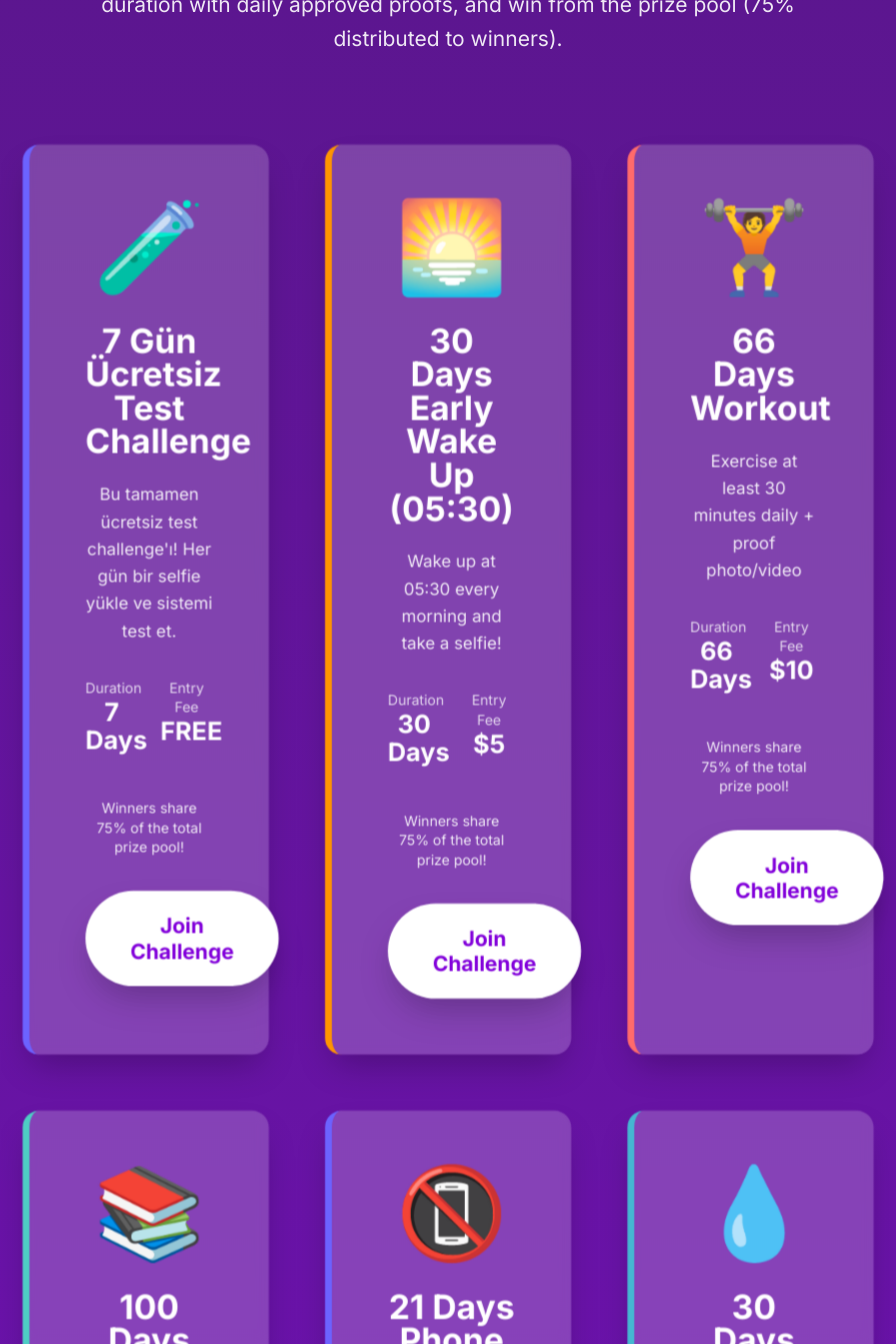
Repository: ZUBEYT/streaky-site
Page: /pricing
An editor plug-in stored every save of this project. The page is shown before and after the next save, followed by the edit.
The browser window is 1280 px wide. The pictures show the part of the page from y = 511 to 2431 px (the page is 6050 px tall before and 4743 px after), at 70% of full size.
The project was rebuilt for these pictures with package versions that can differ from the ones it lists, and the page was loaded fresh each time. The framework's server and built-in components were replaced by stand-ins that run in the browser. Also part of the build but not shown: next.config.ts.

Above is the page before, as saved 2026-01-22 18:40:31.

After the next save:
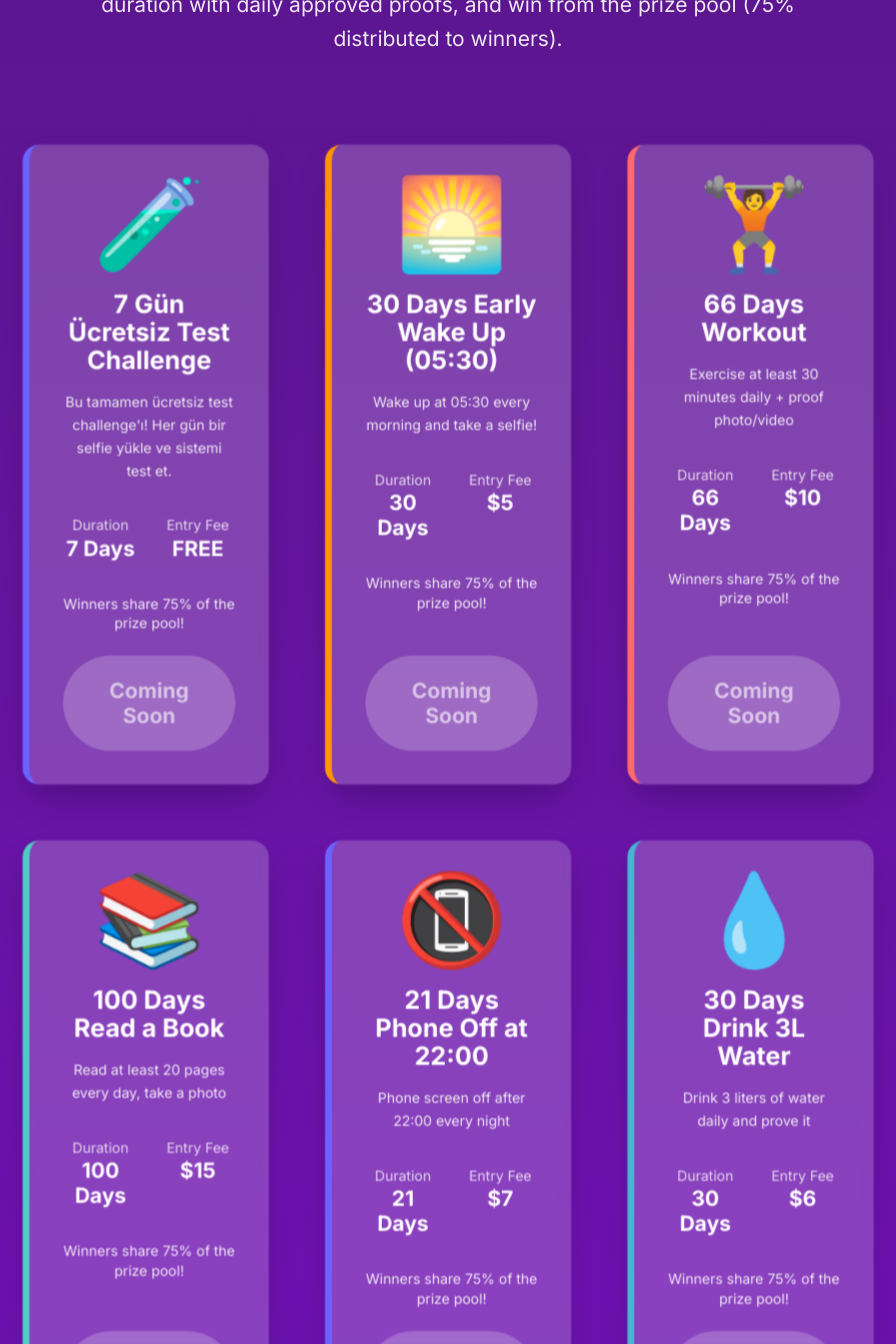
Saved 9 min 8 s later.
--- a/src/app/pricing/page.tsx
+++ b/src/app/pricing/page.tsx
@@ -115,35 +115,38 @@
                 {CHALLENGES.map((challenge) => (
                     <div
                         key={challenge.id}
-                        className="bg-white/20 p-20 rounded-3xl backdrop-blur shadow-2xl transform hover:scale-105 transition"
+                        className="bg-white/20 p-12 rounded-3xl backdrop-blur shadow-2xl flex flex-col h-full"
                         style={{ borderLeft: `10px solid ${challenge.color}` }}
                     >
-                        <div className="text-9xl mb-12 text-center">{challenge.icon}</div>
-                        <h3 className="text-5xl font-bold mb-8 text-center">{challenge.title}</h3>
-                        <p className="text-2xl leading-relaxed mb-12 opacity-90 text-center">{challenge.description}</p>
-                        <div className="grid grid-cols-2 gap-8 mb-16">
-                            <div className="text-center">
-                                <p className="text-xl opacity-80">Duration</p>
-                                <p className="text-4xl font-bold">{challenge.duration} Days</p>
+                        <div className="text-center flex-grow">
+                            <div className="text-9xl mb-8">{challenge.icon}</div>
+                            <h3 className="text-4xl font-bold mb-6">{challenge.title}</h3>
+                            <p className="text-xl leading-relaxed mb-12 opacity-90">{challenge.description}</p>
+                            <div className="grid grid-cols-2 gap-8 mb-12">
+                                <div className="text-center">
+                                    <p className="text-xl opacity-80">Duration</p>
+                                    <p className="text-3xl font-bold">{challenge.duration} Days</p>
+                                </div>
+                                <div className="text-center">
+                                    <p className="text-xl opacity-80">Entry Fee</p>
+                                    <p className="text-3xl font-bold">
+                                        {challenge.entryFee === 0 ? 'FREE' : `$${challenge.entryFee}`}
+                                    </p>
+                                </div>
                             </div>
-                            <div className="text-center">
-                                <p className="text-xl opacity-80">Entry Fee</p>
-                                <p className="text-4xl font-bold">
-                                    {challenge.entryFee === 0 ? 'FREE' : `$${challenge.entryFee}`}
-                                </p>
+                            <p className="text-xl opacity-90">
+                                Winners share 75% of the prize pool!
+                            </p>
+                        </div>
+
+                        <div className="text-center mt-auto pt-8">
+                            <div className="bg-white/30 text-white px-16 py-8 rounded-full text-3xl font-bold cursor-not-allowed opacity-70 inline-block">
+                                Coming Soon
                             </div>
-                        </div>
-                        <p className="text-xl text-center opacity-90 mb-12">
-                            Winners share 75% of the total prize pool!
-                        </p>
-                        <div className="text-center">
-                            <Link href="#" className="bg-white text-purple-700 px-16 py-8 rounded-full text-3xl font-bold hover:bg-gray-100 transition inline-block shadow-2xl">
-                                Join Challenge
-                            </Link>
                         </div>
                     </div>
                 ))}
             </div>
         </div>
     );
-};
+}
